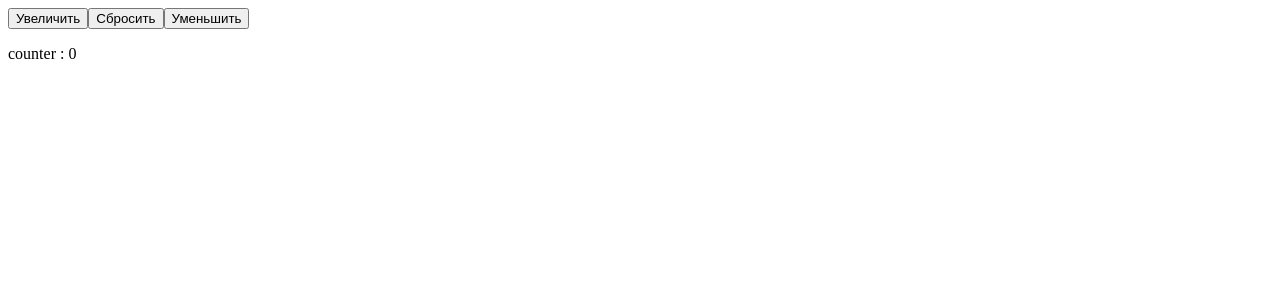
Repository: savannaaaas/todoUseState
Page: /
These files come from the project's save history. The page is drawn as it stood at one moment and after the next save; the edit follows.
The browser window is 1280 px wide. The pictures show the whole page.
The project was rebuilt for these pictures with package versions that can differ from the ones it lists, and the page was loaded fresh each time. Also part of the build but not shown: vite.config.js.

Above is the page before, as saved 2025-04-22 19:16:34.

After the next save:
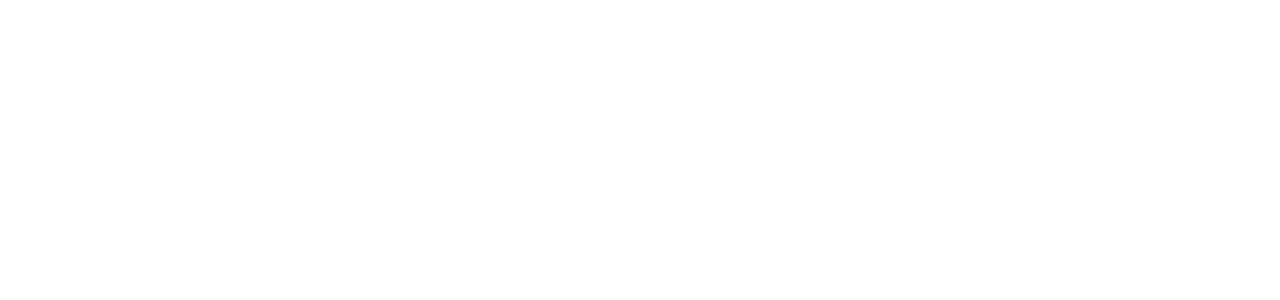
Console error: ReferenceError: randomCount is not defined
Saved 2 min 13 s later.
--- a/src/ParentComponent.jsx
+++ b/src/ParentComponent.jsx
@@ -15,6 +15,7 @@
             <button onClick ={increment}>Увеличить</button>
             <button onClick = {reset}>Сбросить</button>
             <button onClick = {decrement}>Уменьшить</button>
+            <button onClick = {randomCount}>Случайное значение</button>
             <p>counter : {counter}</p>
         </div>
 

After the 2 saves that followed:
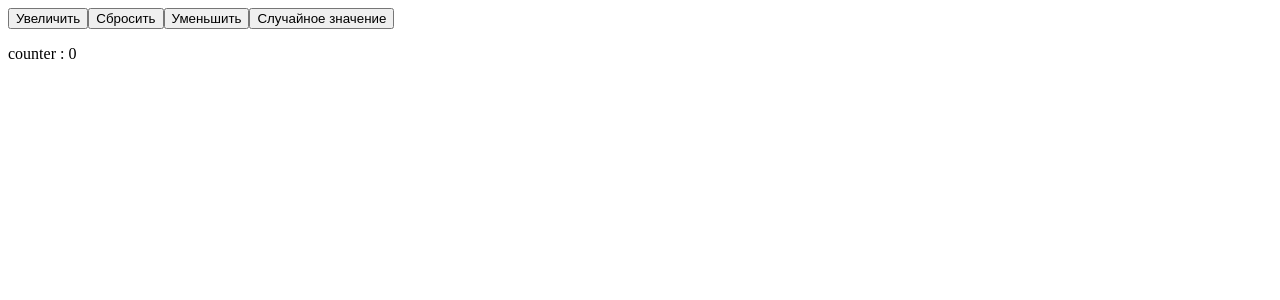
The error is gone.
The 2 saves are shown as one change because they came seconds apart.
The last was saved 110 s later.
--- a/src/ParentComponent.jsx
+++ b/src/ParentComponent.jsx
@@ -9,6 +9,9 @@
     }
     const decrement = ()=>{
         setCounter((counter)=> counter>0?counter-1: counter)
+    }
+    const randomCount = ()=>{
+        setCounter((counter)=> counter ? Math.random()*(10-1)*10:counter)
     }
     return (
         <div>
